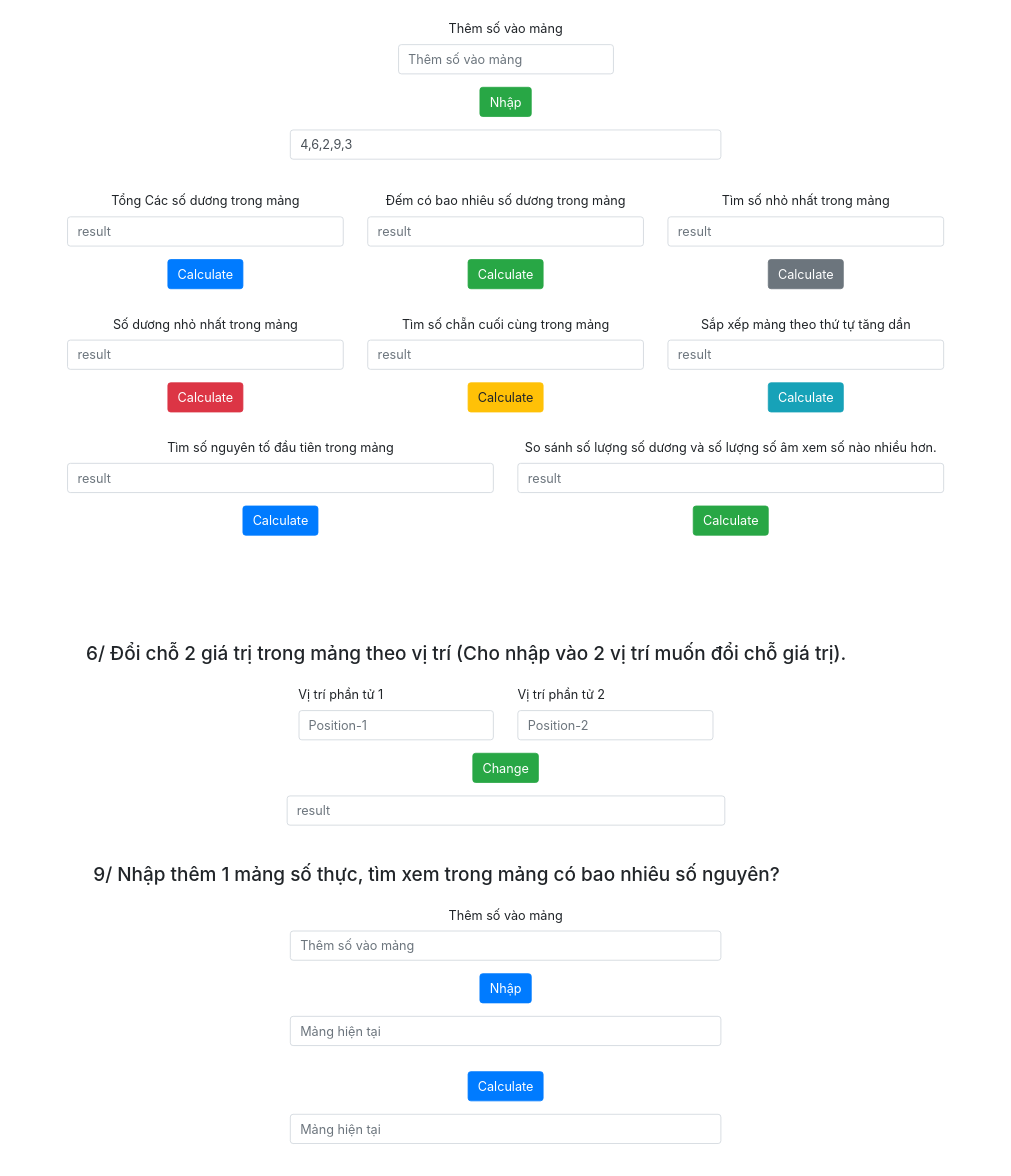
Repository: baobaodeveloper/bootcamp21__array__HuynhAnhBao
Page: index.html
These files come from the project's save history. The page is drawn as it stood at one moment and after the next save; the edit follows.
The browser window is 1280 px wide. The pictures show the whole page, at 79% of full size.

Above is the page before, as saved 2022-03-20 19:52:19.

After the next save:
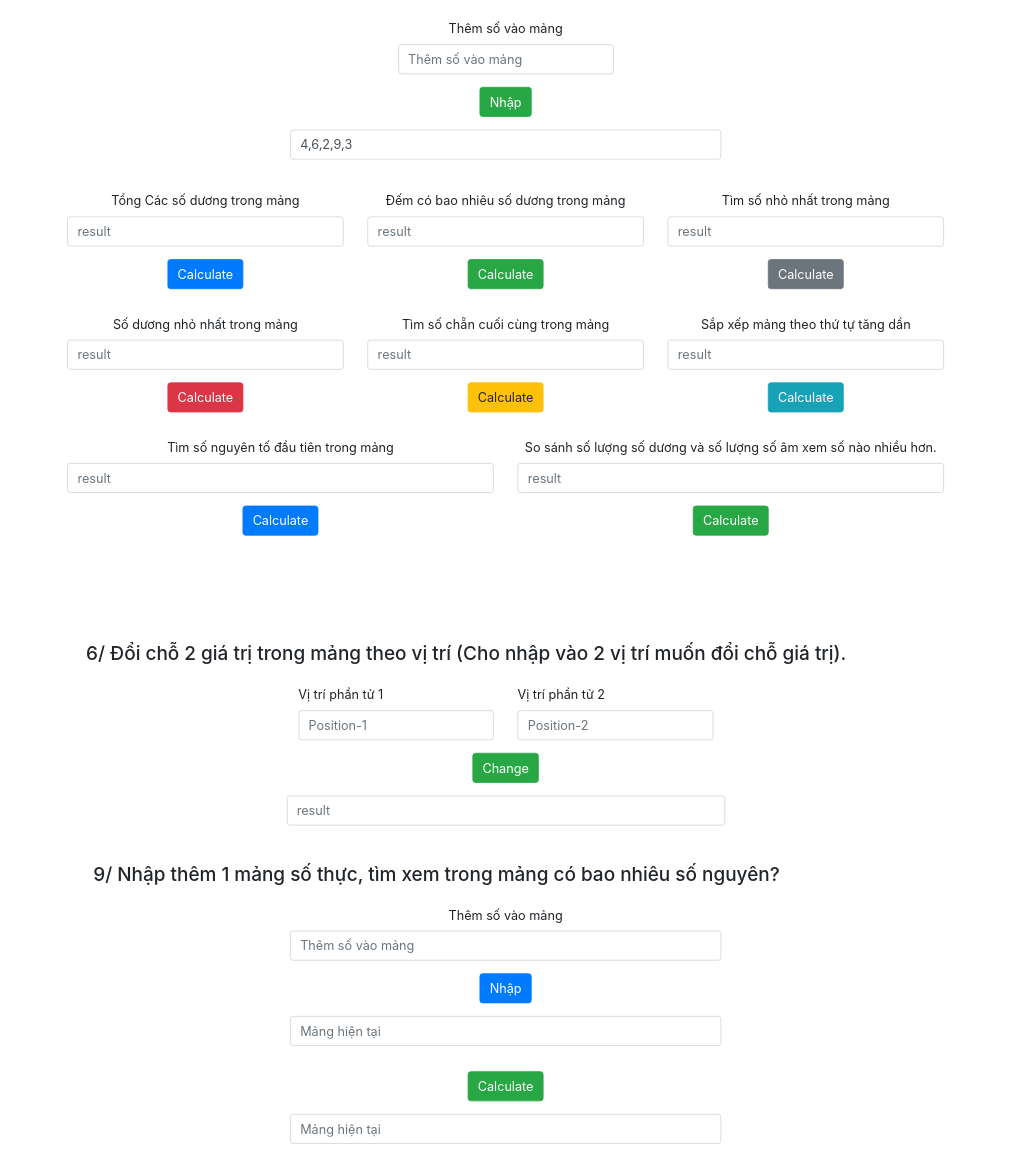
Saved 5 s later.
--- a/index.html
+++ b/index.html
@@ -238,7 +238,7 @@
         class="mb-3 text-center w-100 d-flex flex-column justify-content-center align-items-center"
       >
         <div>
-          <button type="button" class="btn btn-primary m-3" id="input">
+          <button type="button" class="btn btn-success m-3" id="input">
             Calculate
           </button>
         </div>
